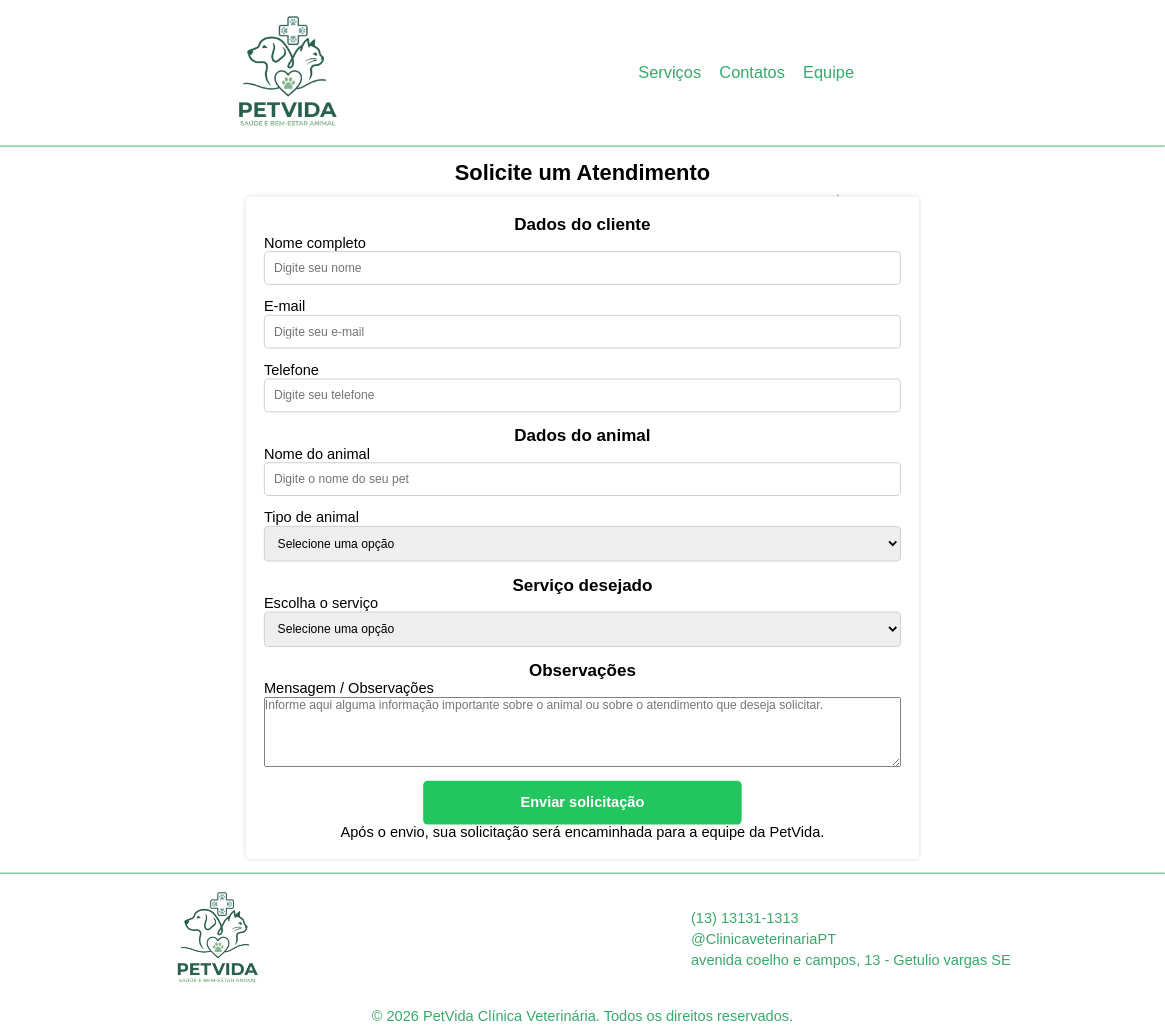
Repository: antonymsantana-design/Veterinario
Page: contatos.html
An editor plug-in stored every save of this project. The page is shown before and after a run of saves, followed by the edit.
The browser window is 1280 px wide. The pictures show the whole page, at 91% of full size.

Above is the page before, as saved 2026-10-03 19:14:57.

After the next 2 saves:
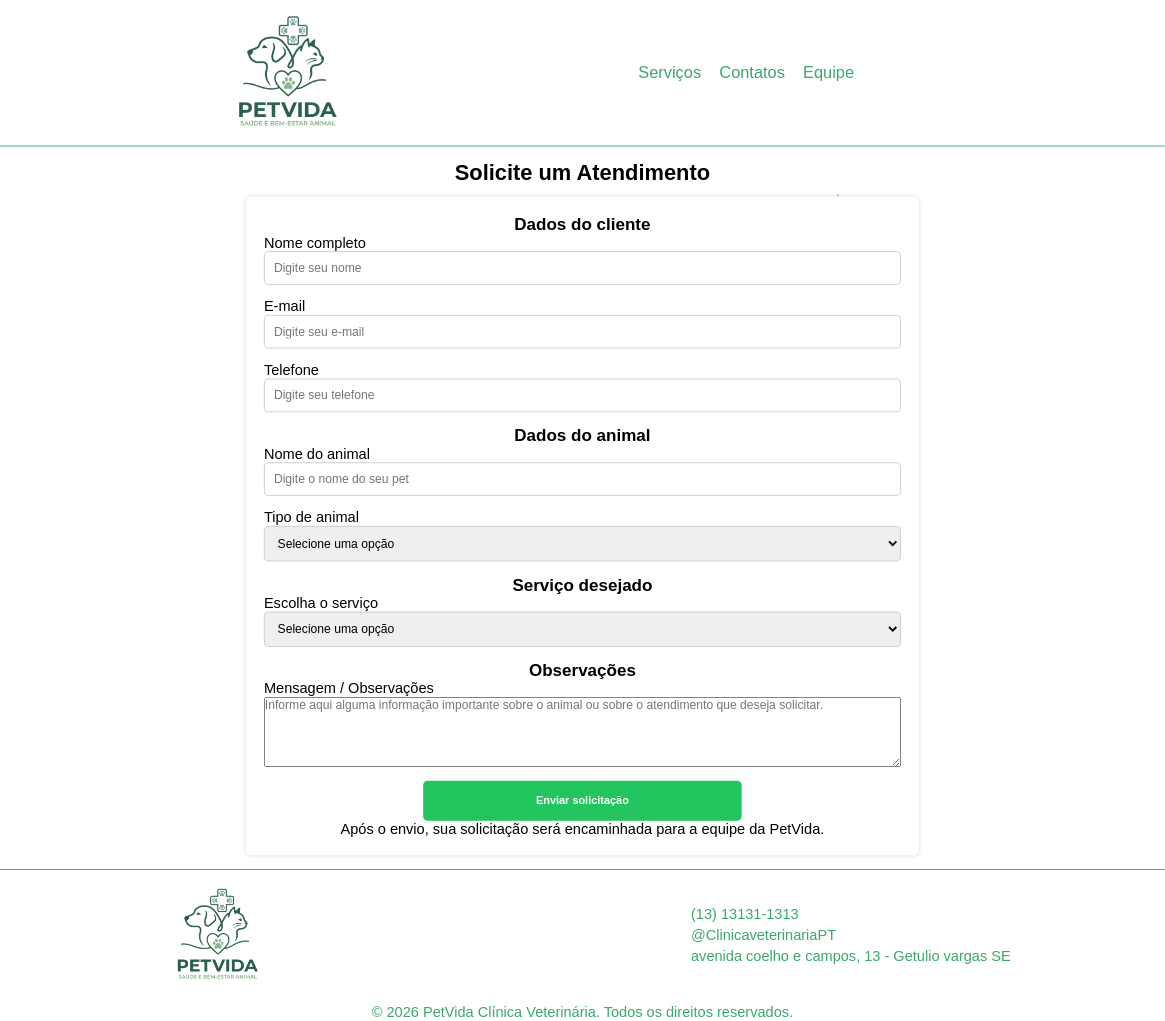
The 2 saves are shown as one change because they came seconds apart.
The last was saved 7 s later.
--- a/style.css
+++ b/style.css
@@ -373,7 +373,7 @@
     border-radius: 5px;
     color: white;
     cursor:pointer;
-    font-size: 16px;
+    font-size: 12px;
     font-weight: bold;
 }
 

After the save that followed:
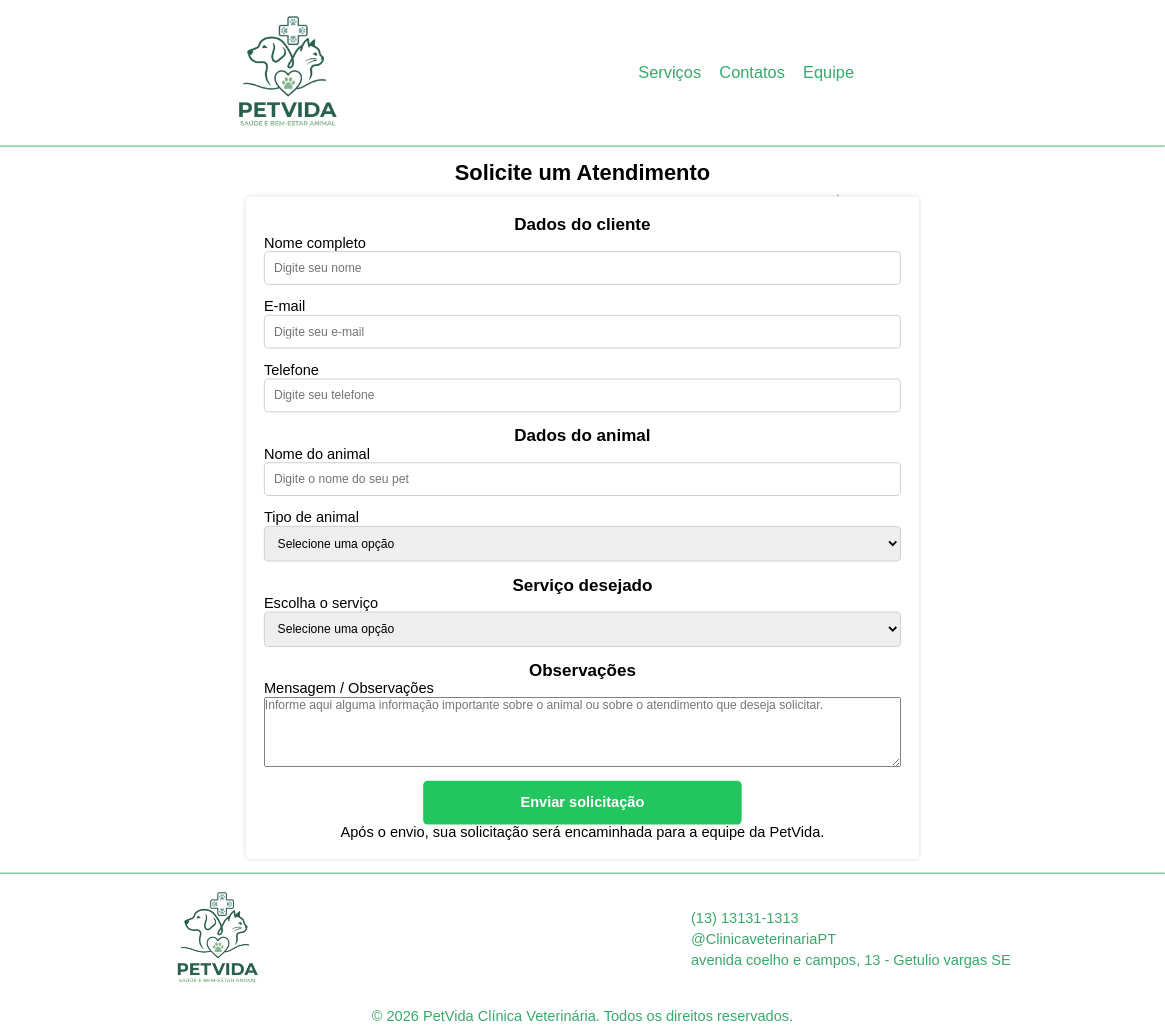
Saved 4 s later.
--- a/style.css
+++ b/style.css
@@ -373,7 +373,7 @@
     border-radius: 5px;
     color: white;
     cursor:pointer;
-    font-size: 12px;
+    font-size: 16px;
     font-weight: bold;
 }
 
